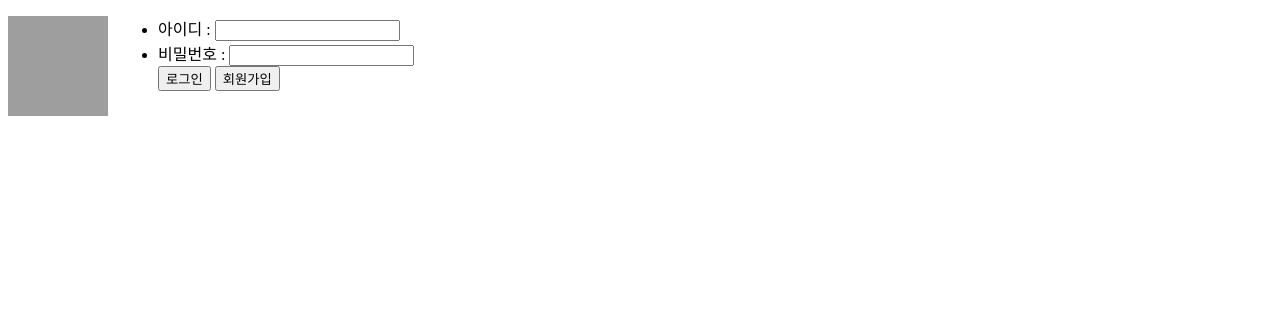
Repository: giwon8701/Qclass_KH
Page: Workspace_Java/testWebProject/WebContent/test2.html
The author's editor kept a copy of each file at every save. The page is drawn from the files as they stood at one save, then again after the next save.
The browser window is 1280 px wide. The pictures show the whole page.
Pictures or frames that could not be fetched are drawn as grey boxes.

Above is the page before, as saved 2021-01-11 02:55:48.

After the next save:
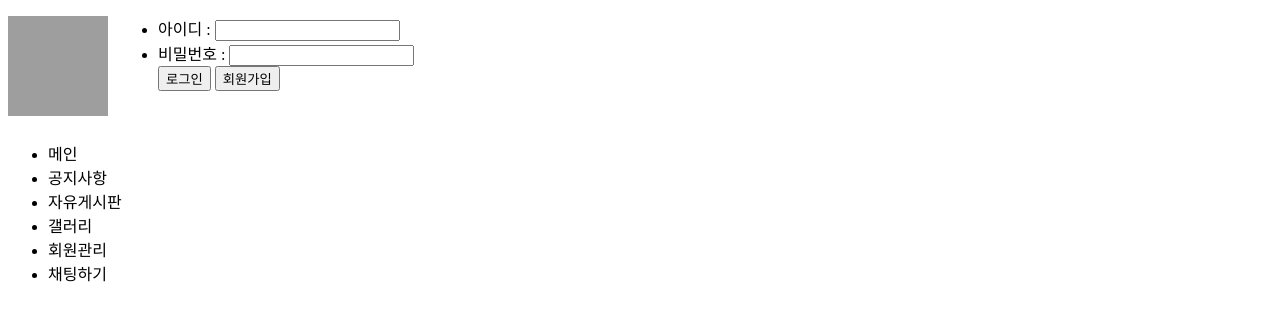
Saved 76 s later.
--- a/Workspace_Java/testWebProject/WebContent/test2.html
+++ b/Workspace_Java/testWebProject/WebContent/test2.html
@@ -18,11 +18,22 @@
 					<input type="text">
 				</li>
 				<li style="list-style-type:none;">
-				<input type="submit" value="로그인">
-				<button>회원가입</button>
+					<input type="submit" value="로그인">
+					<button>회원가입</button>
 				</li>
 			</ul>
 		</form>
+
+		<br>
+
+		<ul id="nav">
+			<li>메인</li>
+			<li>공지사항</li>
+			<li>자유게시판</li>
+			<li>갤러리</li>
+			<li>회원관리</li>
+			<li>채팅하기</li>
+		</ul>
 	</header>
 
 	<section>
